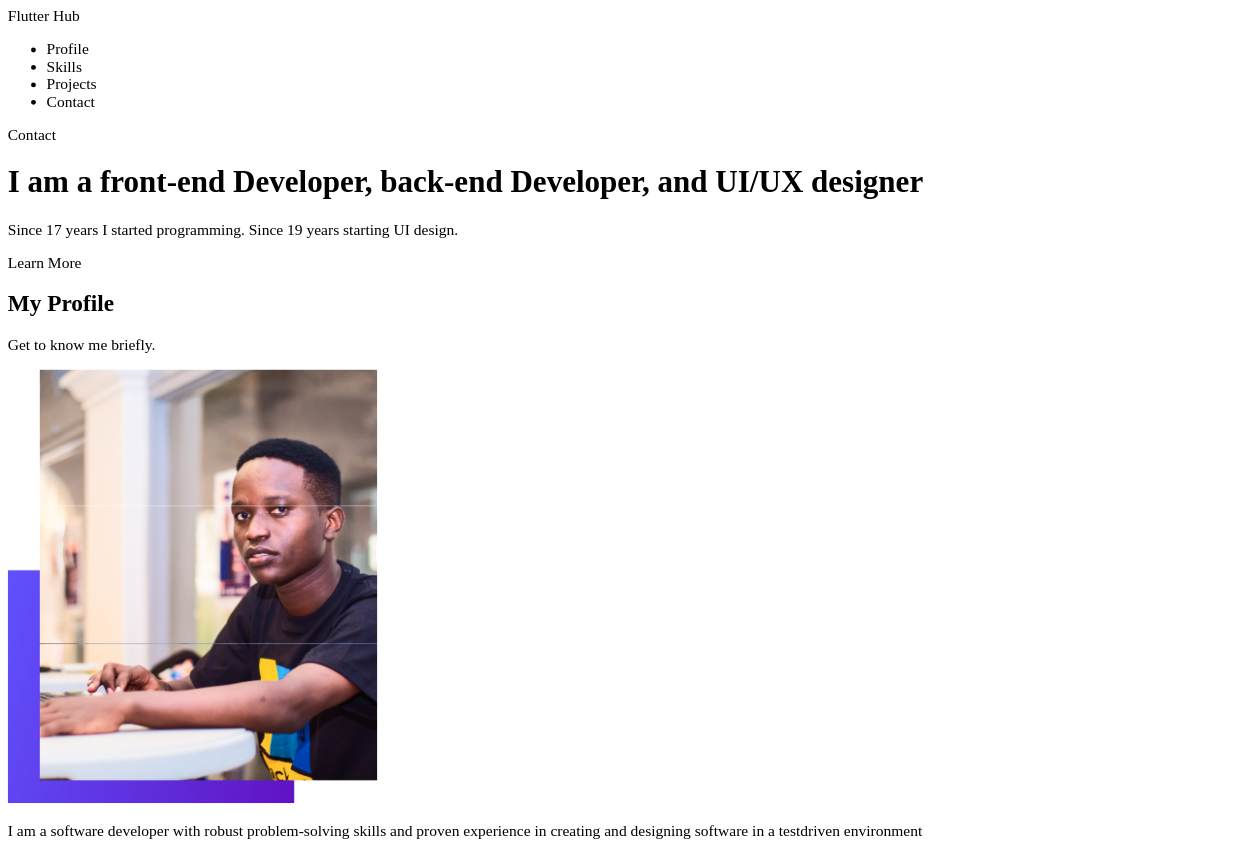
Repository: fhub-1/tutorial
Page: /
These files come from the project's save history. The page is drawn as it stood at one moment and after the next save; the edit follows.
The browser window is 1280 px wide. The pictures show the whole page, at 97% of full size.
The project was rebuilt for these pictures with package versions that can differ from the ones it lists, and the page was loaded fresh each time. The framework's server and built-in components were replaced by stand-ins that run in the browser. Also part of the build but not shown: next.config.js.

Above is the page before, as saved 2021-06-22 14:27:48.

After the next save:
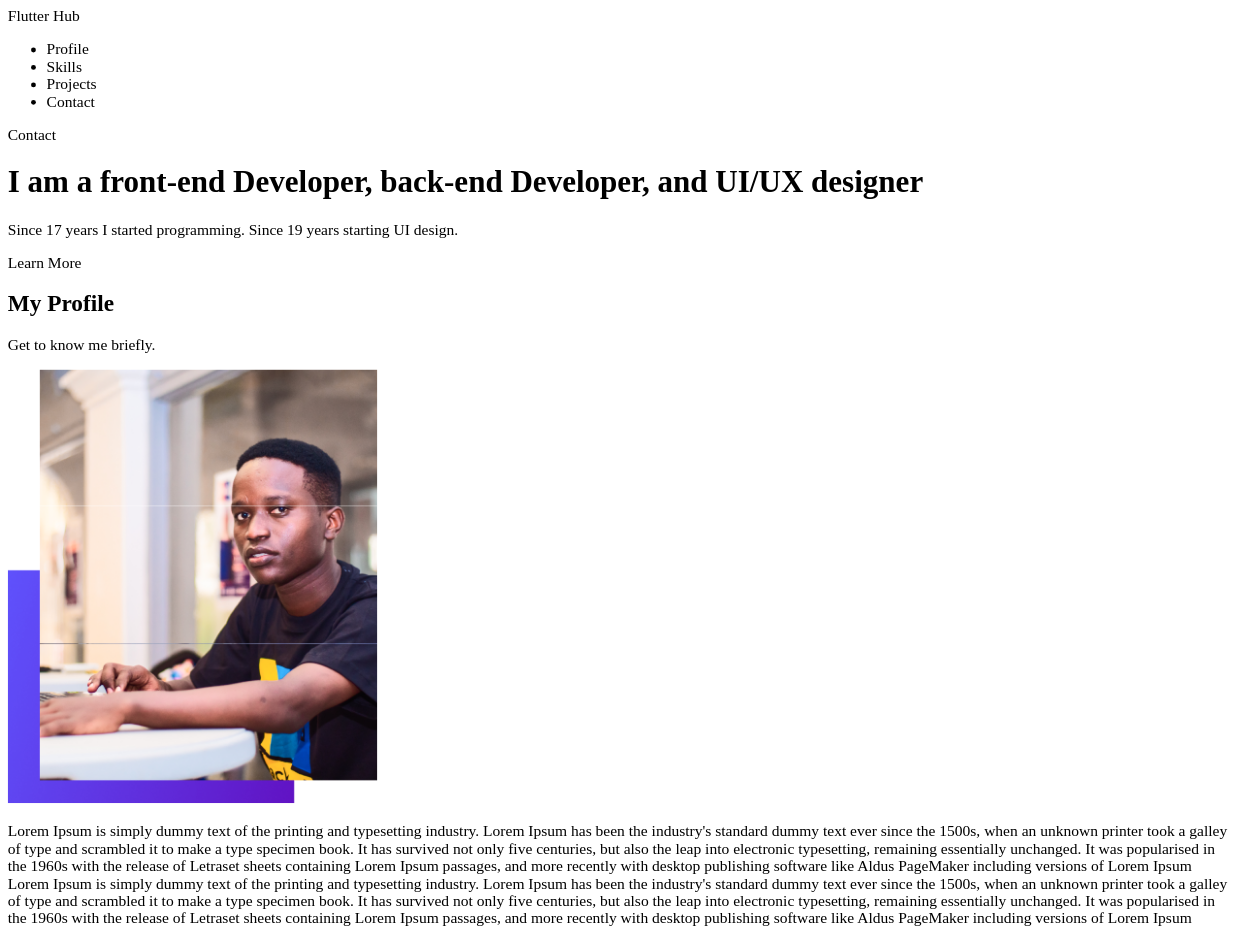
Saved 37 s later.
--- a/pages/index.js
+++ b/pages/index.js
@@ -47,9 +47,8 @@
               <Image src={Pro} alt="profile image" className="w-full"/>
             </div>
             <div className="w-8/12">
-              <p>I am a software developer with robust
-problem-solving skills and proven experience
-in creating and designing software in a testdriven environment</p>
+              <p>Lorem Ipsum is simply dummy text of the printing and typesetting industry. Lorem Ipsum has been the industry's standard dummy text ever since the 1500s, when an unknown printer took a galley of type and scrambled it to make a type specimen book. It has survived not only five centuries, but also the leap into electronic typesetting, remaining essentially unchanged. It was popularised in the 1960s with the release of Letraset sheets containing Lorem Ipsum passages, and more recently with desktop publishing software like Aldus PageMaker including versions of Lorem Ipsum
+Lorem Ipsum is simply dummy text of the printing and typesetting industry. Lorem Ipsum has been the industry's standard dummy text ever since the 1500s, when an unknown printer took a galley of type and scrambled it to make a type specimen book. It has survived not only five centuries, but also the leap into electronic typesetting, remaining essentially unchanged. It was popularised in the 1960s with the release of Letraset sheets containing Lorem Ipsum passages, and more recently with desktop publishing software like Aldus PageMaker including versions of Lorem Ipsum</p>
             </div>
           </div>
         </div>
